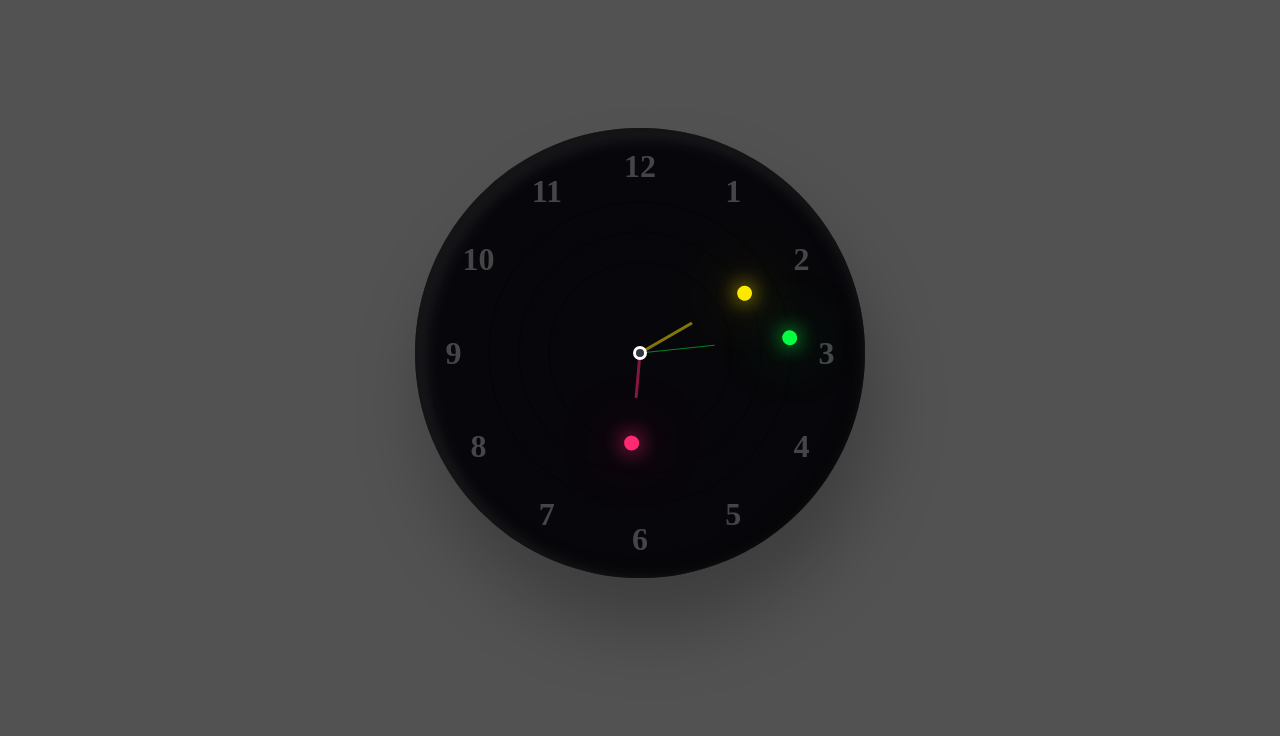
Repository: manthanparekh/animated-clock
Page: index.html
An editor plug-in stored every save of this project. The page is shown before and after the next save, followed by the edit.
The browser window is 1280 px wide. The pictures show the whole page.

Above is the page before, as saved 2023-07-01 15:16:45.
Console error: TypeError: Cannot set properties of null (setting 'innerHTML')

After the next save:
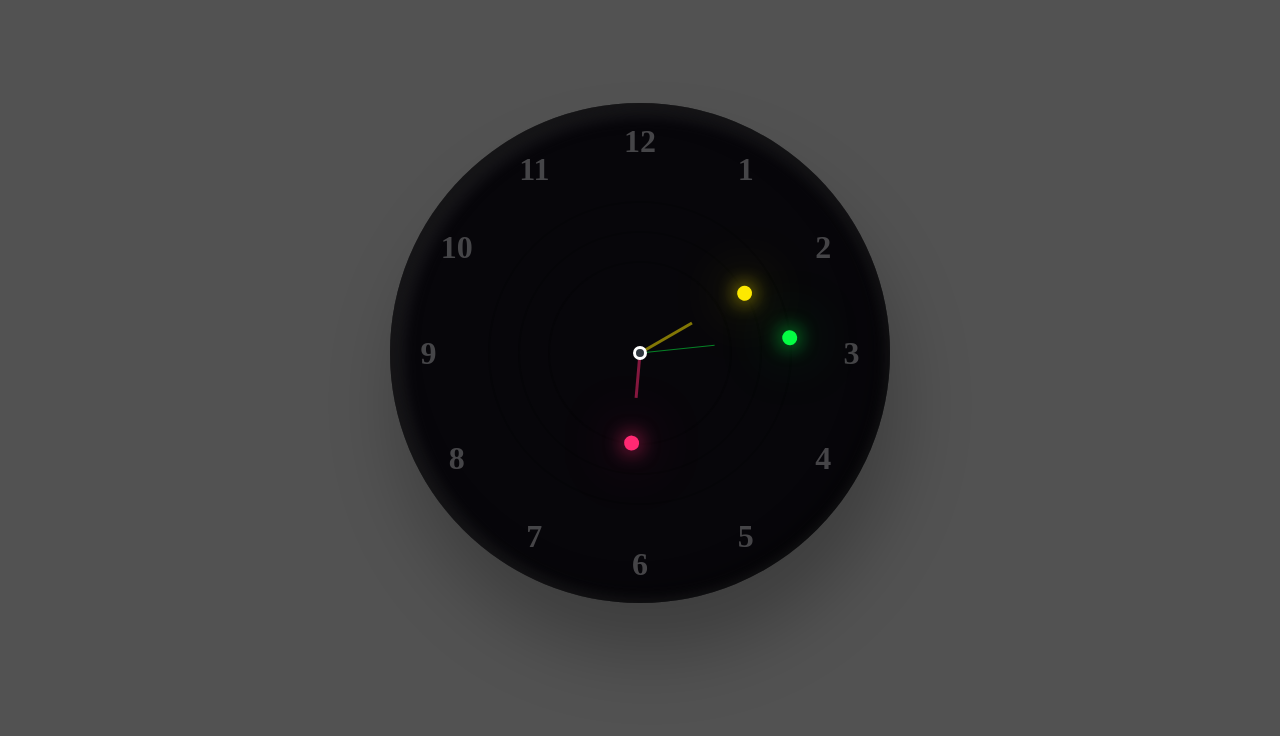
Saved 22 min 24 s later.
--- a/style.css
+++ b/style.css
@@ -21,14 +21,14 @@ body
 .clock
 {
     position: relative;
-    width: 450px;
-    height: 450px;
+    width: 500px;
+    height: 500px;
     background: #07060a;
     border-radius: 50%;
     box-shadow: 10px 50px 70px rgba(0,0,0,0.25),
-    inset 5px 5px 10px rgba(0,0,0,0.5),
-    inset 5px 5px 20px rgba(225,225,225,0.2),
-    inset -5px -5px 15px rgba(0,0,0,0.75);
+    inset 5px 5px 15px rgba(0,0,0,0.5),
+    inset 5px 5px 25px rgba(225,225,225,0.2),
+    inset -5px -5px 30px rgba(0,0,0,0.75);
     display: flex;
     justify-content: center;
     align-items: center;
